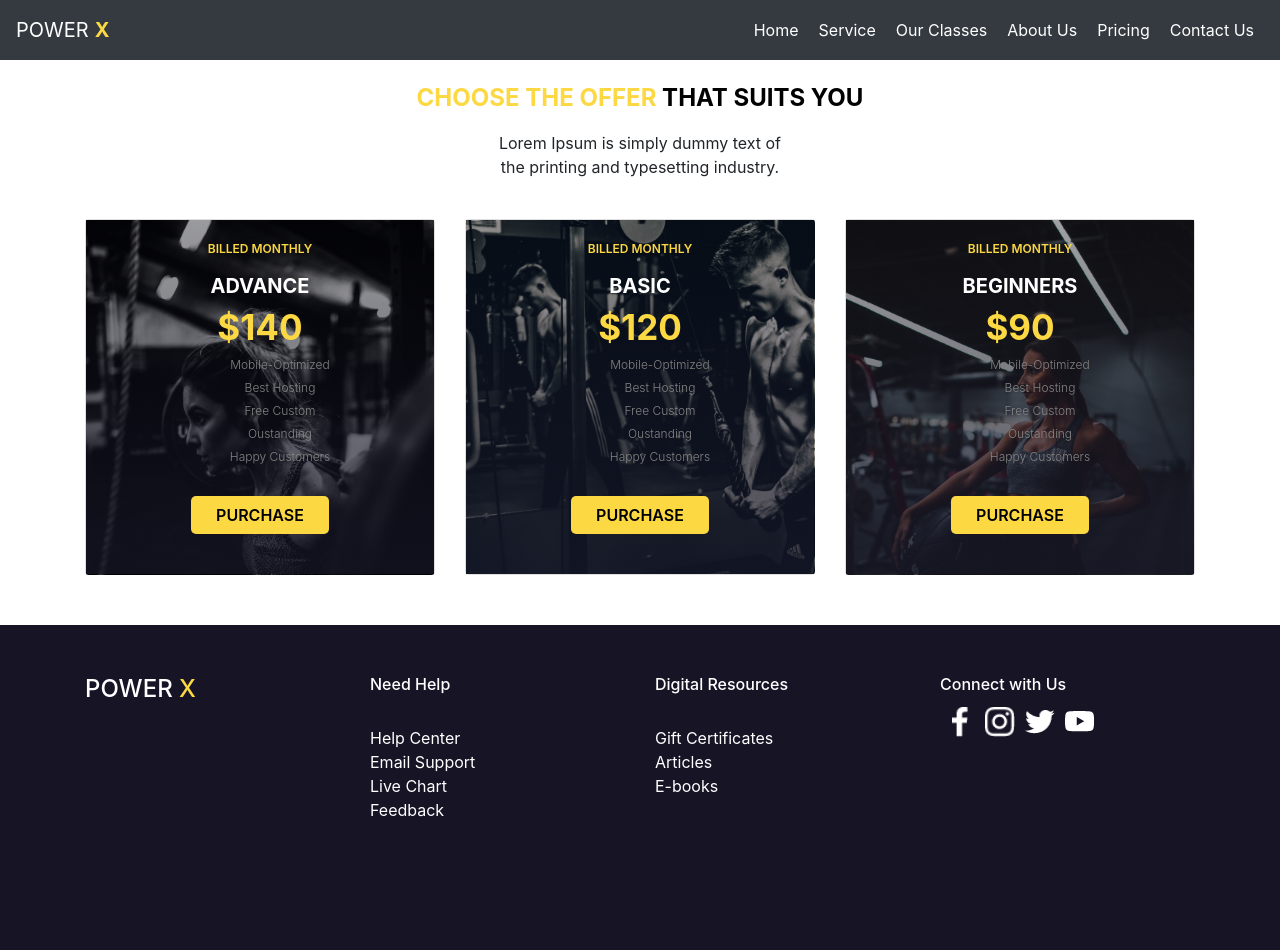
Repository: arif286/power-x-gym
Page: /pricing
These files come from the project's save history. The page is drawn as it stood at one moment and after the next save; the edit follows.
The browser window is 1280 px wide. The pictures show the whole page.
The project was rebuilt for these pictures with package versions that can differ from the ones it lists, and the page was loaded fresh each time. Also part of the build but not shown: src/components/Classes/Classes.js, src/components/About/About.js, src/components/ChooseUs/ChooseUs.js, src/components/Programs/Programs.css, src/components/Programs/Programs.js, src/components/WorkOut/WorkOut.css, src/components/WorkOut/WorkOut.js, src/components/Home/Home.js.

Above is the page before, as saved 2021-04-08 00:13:43.

After the next save:
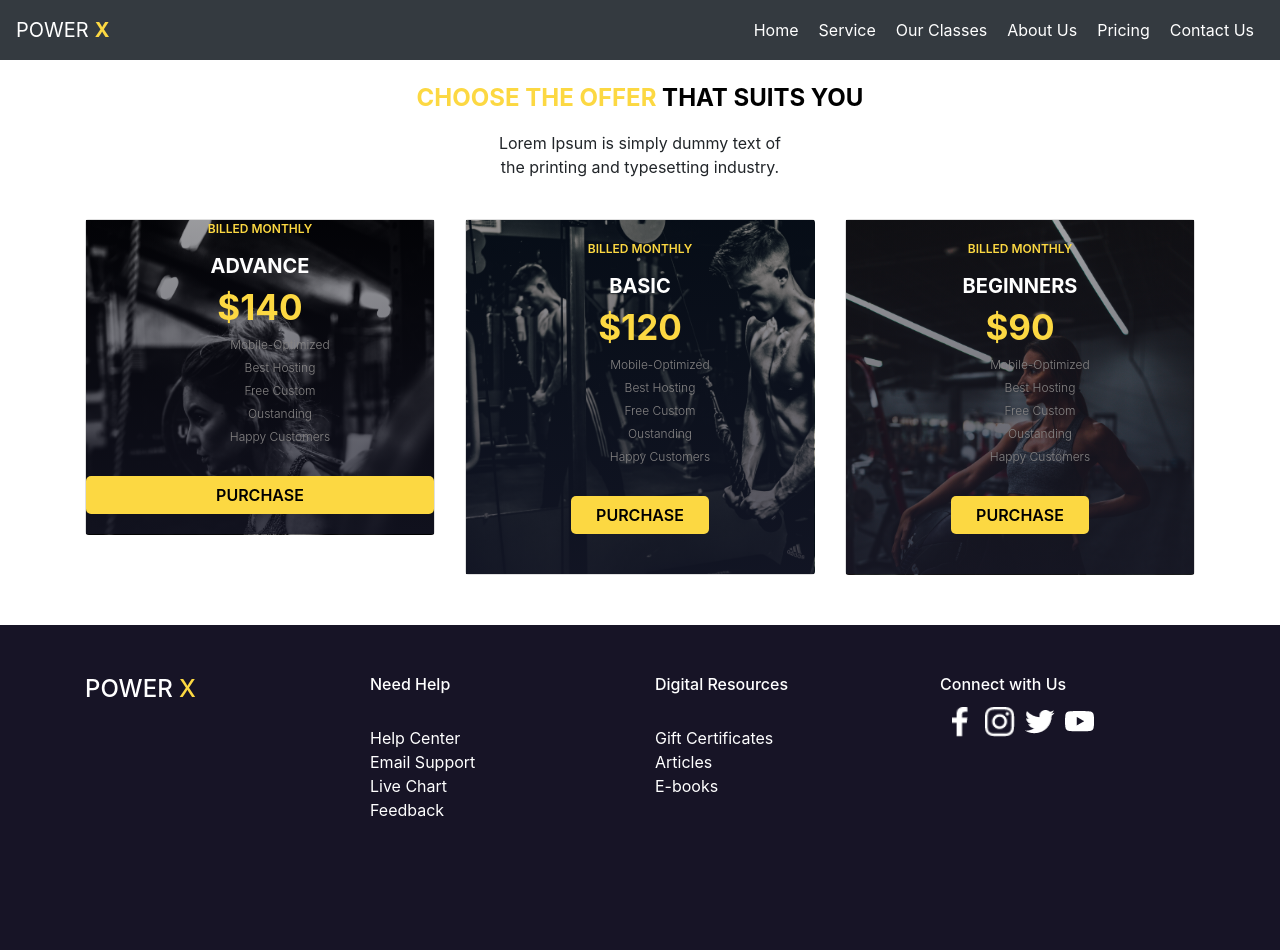
Saved 49 s later.
--- a/src/components/PricingPlan/PricingPlan.js
+++ b/src/components/PricingPlan/PricingPlan.js
@@ -26,7 +26,6 @@
       <Row className="row-cols-1 row-cols-sm-3">
         <Col>
           <Card className="advance-plan price-card">
-            <Card.Body>
               <p>billed monthly</p>
               <h6>advance</h6>
               <h6 style={{ color: "#fcd842", fontSize: "35px" }}>$140</h6>
@@ -38,7 +37,6 @@
                 <li>Happy Customers</li>
               </ul>
               <button className="purchase-btn">purchase</button>
-            </Card.Body>
           </Card>
         </Col>
         <Col>

After the save that followed:
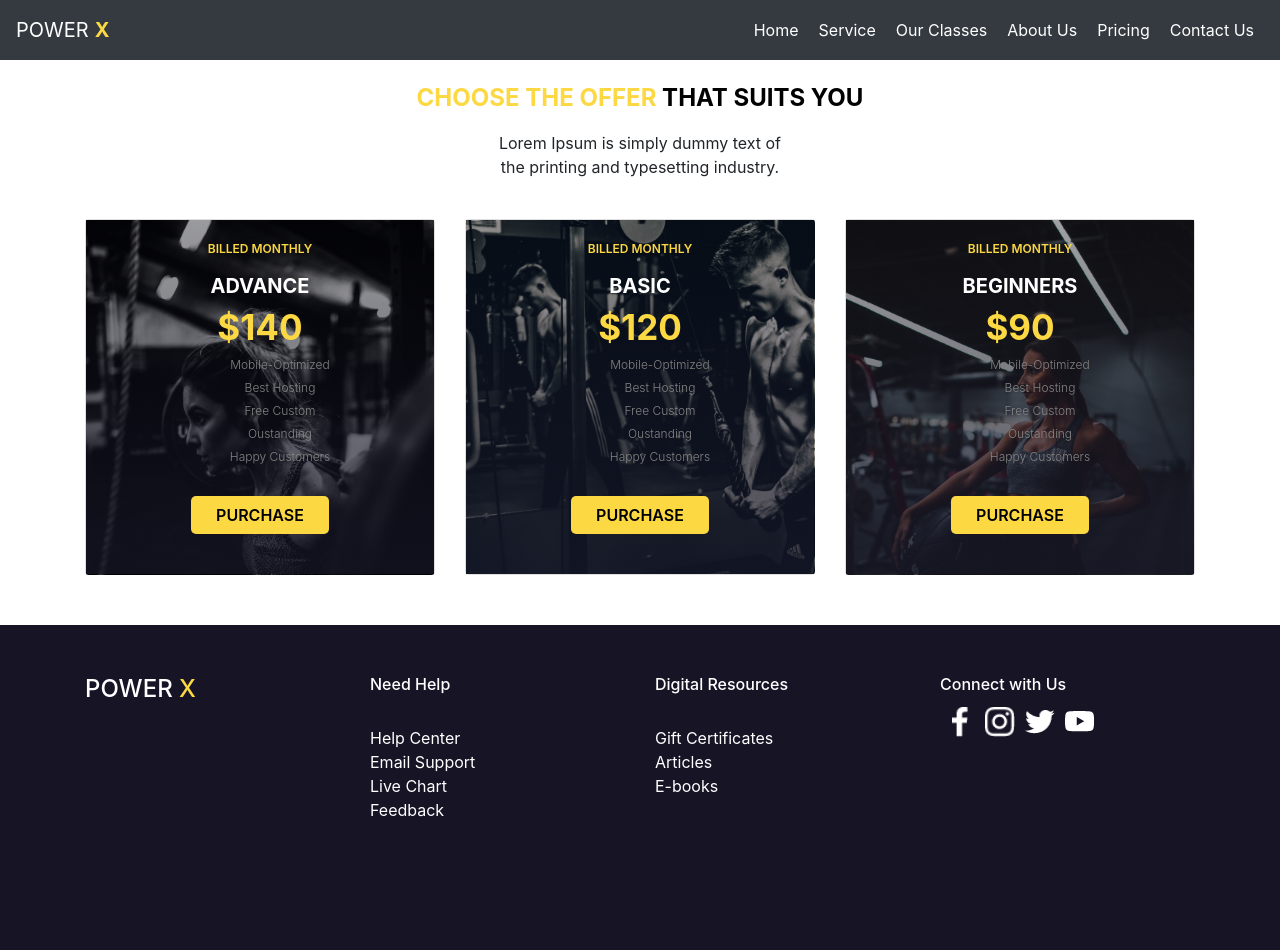
Saved 20 s later.
--- a/src/components/PricingPlan/PricingPlan.js
+++ b/src/components/PricingPlan/PricingPlan.js
@@ -26,6 +26,7 @@
       <Row className="row-cols-1 row-cols-sm-3">
         <Col>
           <Card className="advance-plan price-card">
+            <Card.Body>
               <p>billed monthly</p>
               <h6>advance</h6>
               <h6 style={{ color: "#fcd842", fontSize: "35px" }}>$140</h6>
@@ -37,6 +38,7 @@
                 <li>Happy Customers</li>
               </ul>
               <button className="purchase-btn">purchase</button>
+            </Card.Body>
           </Card>
         </Col>
         <Col>
